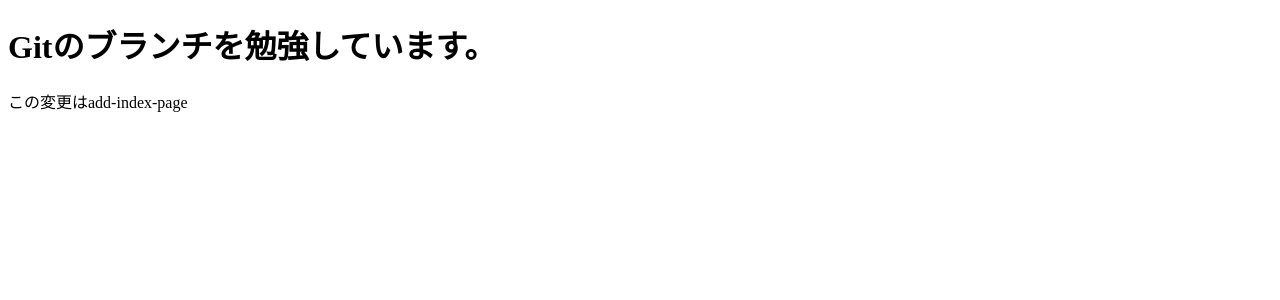
Repository: Ads-A-Miyamoto/git-study
Page: index.html
These files come from the project's save history. The page is drawn as it stood at one moment and after the next save; the edit follows.
The browser window is 1280 px wide. The pictures show the whole page.

Above is the page before, as saved 2025-11-14 11:24:16.

### index.html
<!DOCTYPE html>
<html lang="ja">
<head>
  <meta charset="UTF-8">
  <meta name="viewport" content="width=device-width, initial-scale=1.0">
  <title>Giの勉強</title>
</head>
<body>
  <h1>Gitのブランチを勉強しています。</h1>
  <p>この変更はadd-index-page</p>
</body>
</html>

After the next save:
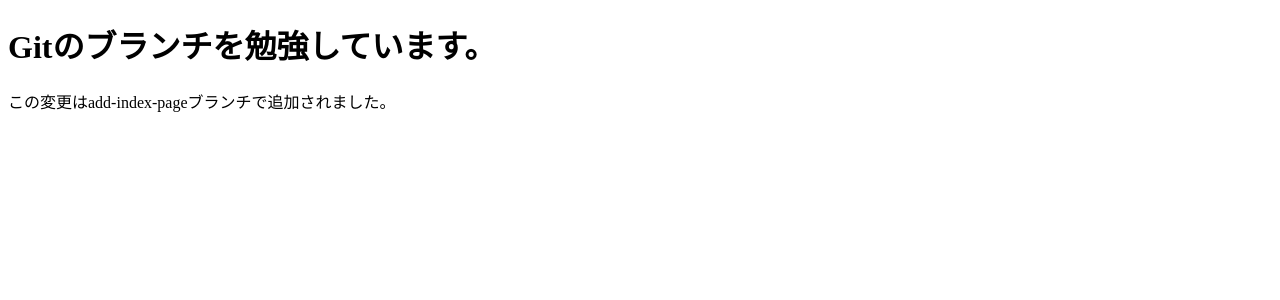
Saved 7 s later.
--- a/index.html
+++ b/index.html
@@ -7,6 +7,6 @@
 </head>
 <body>
   <h1>Gitのブランチを勉強しています。</h1>
-  <p>この変更はadd-index-page</p>
+  <p>この変更はadd-index-pageブランチで追加されました。</p>
 </body>
 </html>
